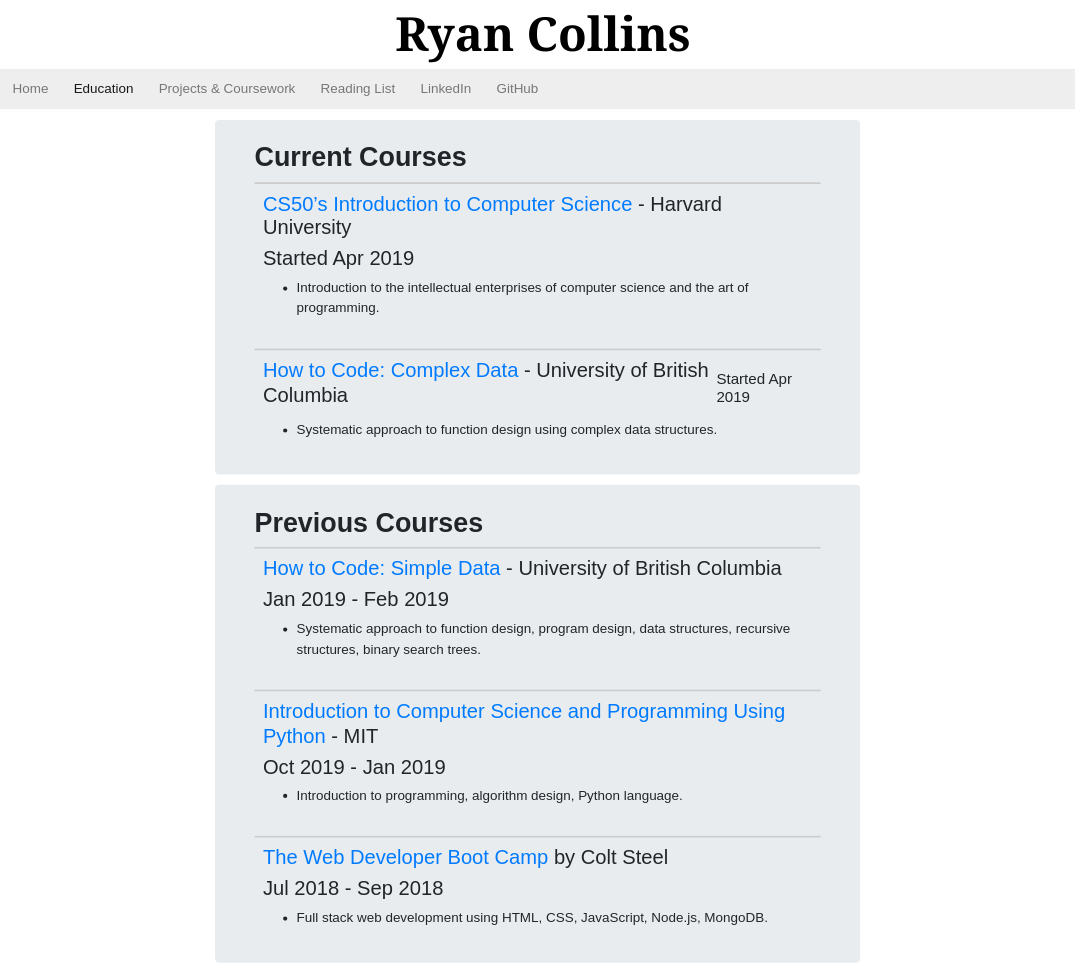
Repository: RyanMCollins/cs50
Page: pset5/homepage/education.html
The author's editor kept a record of every edit. The page is drawn from the files as they stood at one moment, then again after the next edit.
The browser window is 1280 px wide. The pictures show the whole page, at 84% of full size.

Above is the page before.

After the next edit:
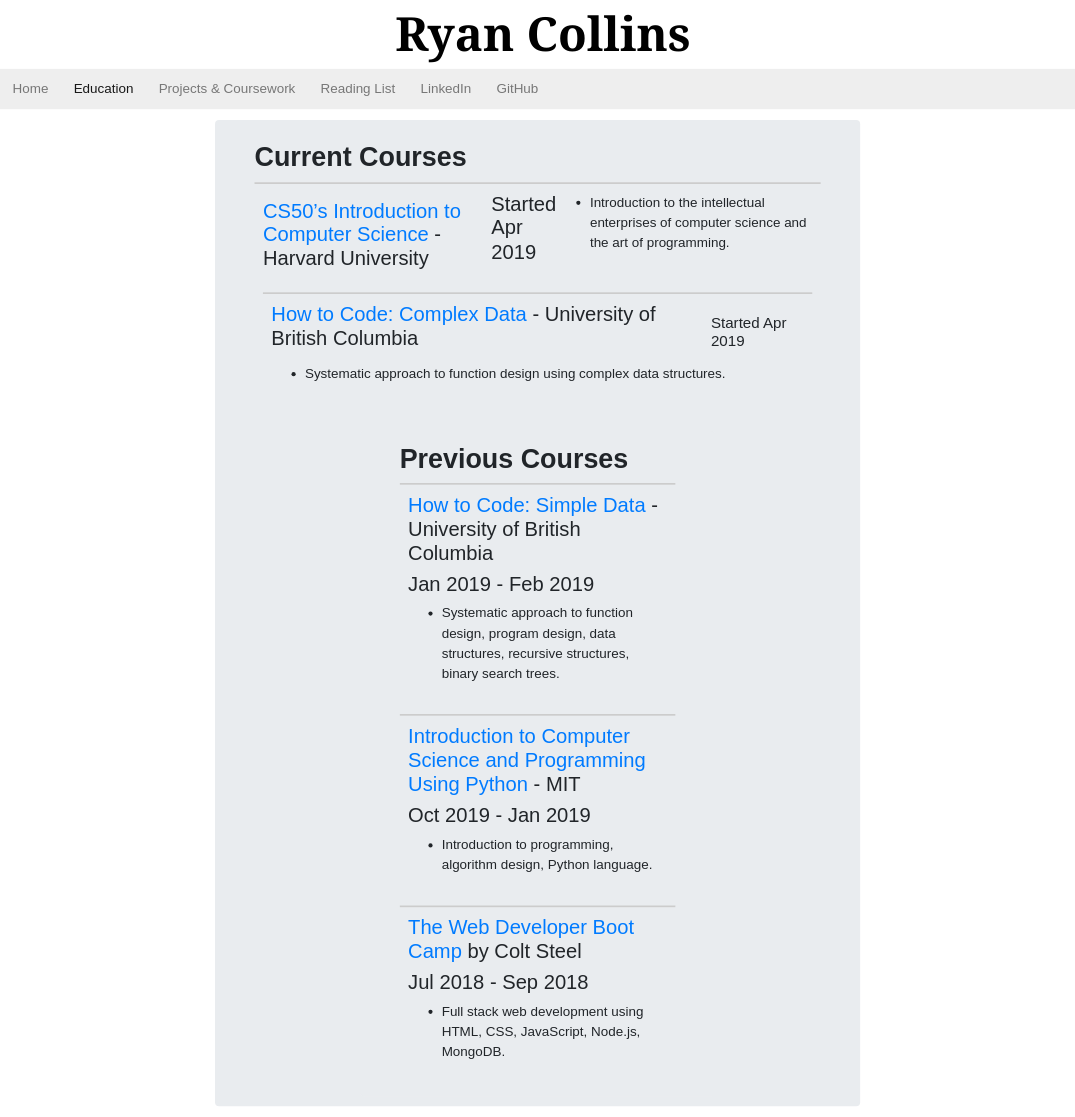
The edit:
--- a/pset5/homepage/education.html
+++ b/pset5/homepage/education.html
@@ -58,7 +58,8 @@
                     Current Courses
                 </h2>
                 <div class="sub-division">
-                    <h4>
+                    <div class="sub-division-header">
+                        <h4 class="sub-division-title">
                         <a href="https://www.edx.org/course/cs50s-introduction-computer-science-harvardx-cs50x">
                             CS50’s Introduction to Computer Science
                         </a>
